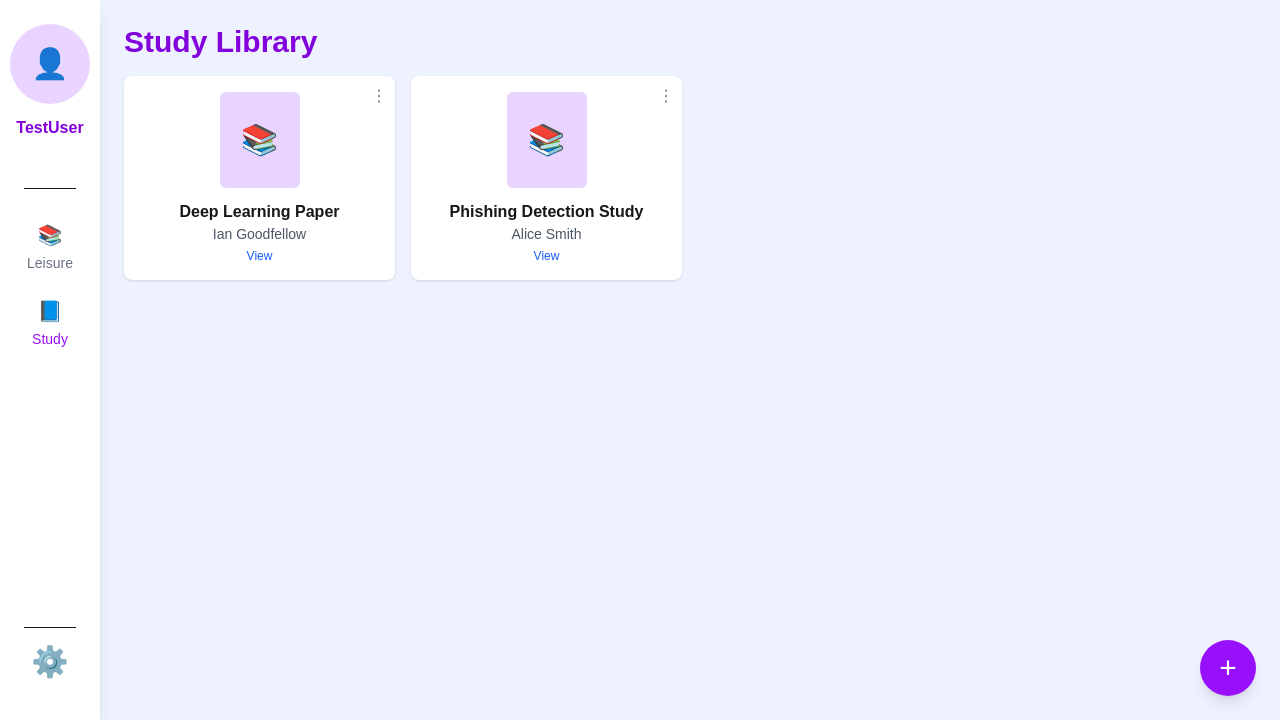
Repository: ramosfranz/bookie
Page: /dashboard
An editor plug-in stored every save of this project. The page is shown before and after the next save, followed by the edit.
The browser window is 1280 px wide. The pictures show the whole page.
The project was rebuilt for these pictures with package versions that can differ from the ones it lists, and the page was loaded fresh each time. The framework's server and built-in components were replaced by stand-ins that run in the browser. Also part of the build but not shown: next.config.ts.

Above is the page before, as saved 2025-11-17 00:48:48.

### src/app/layout.tsx
import type { Metadata } from "next";
import { Geist, Geist_Mono } from "next/font/google";
import "./globals.css";

const geistSans = Geist({
  variable: "--font-geist-sans",
  subsets: ["latin"],
});

const geistMono = Geist_Mono({
  variable: "--font-geist-mono",
  subsets: ["latin"],
});

export const metadata: Metadata = {
  title: "Bookie",
  description: "Generated by create next app",
};

export default function RootLayout({
  children,
}: Readonly<{
  children: React.ReactNode;
}>) {
  return (
    <html lang="en">
      <body
        className={`${geistSans.variable} ${geistMono.variable} antialiased`}
      >
        {children}
      </body>
    </html>
  );
}

### src/app/dashboard/page.tsx
// src/app/dashboard/page.tsx
"use client";

import { useState } from "react";

// Hardcoded dummy user
const dummyUser = {
  id: "00000000-0000-0000-0000-000000000001",
  email: "test@example.com",
  username: "TestUser",
  avatar_url: "",
  preferences: {},
};

// Dummy libraries
const initialResearchLibrary = [
  { id: "1", title: "Deep Learning Paper", authors: ["Ian Goodfellow"], url: "https://example.com/dl-paper.pdf" },
  { id: "2", title: "Phishing Detection Study", authors: ["Alice Smith"], url: "https://example.com/phishing-study.pdf" },
];

const initialLeisureLibrary = [
  { id: "1", title: "Harry Potter", authors: ["J.K. Rowling"], url: "https://example.com/harry-potter" },
  { id: "2", title: "The Hobbit", authors: ["J.R.R. Tolkien"], url: "https://example.com/the-hobbit" },
];

export default function Dashboard() {
  const user = dummyUser;
  const [activeTab, setActiveTab] = useState<"research" | "leisure">("research");
  const [researchLibrary, setResearchLibrary] = useState(initialResearchLibrary);
  const [leisureLibrary, setLeisureLibrary] = useState(initialLeisureLibrary);

  // Form state
  const [formTitle, setFormTitle] = useState("");
  const [formAuthors, setFormAuthors] = useState("");
  const [formUrl, setFormUrl] = useState("");
  const [editingId, setEditingId] = useState<string | null>(null);
  const [showModal, setShowModal] = useState(false);

  const currentLibrary = activeTab === "research" ? researchLibrary : leisureLibrary;
  const setCurrentLibrary =
    activeTab === "research" ? setResearchLibrary : setLeisureLibrary;

  // Add/Edit
  const handleSubmit = (e: React.FormEvent) => {
    e.preventDefault();
    if (!formTitle.trim()) return;

    const authorsArray = formAuthors.split(",").map((a) => a.trim());

    if (editingId) {
      // Edit
      setCurrentLibrary((prev) =>
        prev.map((item) =>
          item.id === editingId
            ? { ...item, title: formTitle, authors: authorsArray, url: formUrl }
            : item
        )
      );
    } else {
      // Add
      const newItem = {
        id: Math.random().toString(36).substr(2, 9),
        title: formTitle,
        authors: authorsArray,
        url: formUrl,
      };
      setCurrentLibrary((prev) => [...prev, newItem]);
    }

    setFormTitle("");
    setFormAuthors("");
    setFormUrl("");
    setEditingId(null);
    setShowModal(false);
  };

  // Delete
  const handleDelete = (id: string) => {
    setCurrentLibrary((prev) => prev.filter((item) => item.id !== id));
  };

  // Edit
  const handleEdit = (item: { id: string; title: string; authors: string[]; url: string }) => {
    setEditingId(item.id);
    setFormTitle(item.title);
    setFormAuthors(item.authors.join(", "));
    setFormUrl(item.url);
    setShowModal(true);
  };

  const [activeDropdown, setActiveDropdown] = useState<string | null>(null);
const [confirmDelete, setConfirmDelete] = useState<{ id: string; title: string } | null>(null);


  return (
  <div className="min-h-screen bg-indigo-50 flex">

    {/* LEFT SIDEBAR */}
    <aside className="w-[5%] min-w-[100px] bg-white shadow-lg p-6 flex flex-col items-center">

      {/* Profile Section */}
      <div className="mb-8 flex flex-col items-center">
        <div className="w-20 h-20 bg-purple-200 rounded-full flex items-center justify-center text-3xl">
          👤
        </div>
        <p className="mt-3 font-semibold text-purple-700">{user.username}</p>
      </div>

      {/* Section Separator */}
      <div className="w-full border-t my-4"></div>

      {/* Library Icons */}
      <nav className="flex flex-col items-center gap-6 mt-4">

        {/* Leisure */}
        <button
          onClick={() => setActiveTab("leisure")}
          className={`flex flex-col items-center text-xl ${
            activeTab === "leisure"
              ? "text-purple-600"
              : "text-gray-500 hover:text-gray-700"
          }`}
        >
          📚
          <span className="text-sm mt-1">Leisure</span>
        </button>

        {/* Research */}
        <button
          onClick={() => setActiveTab("research")}
          className={`flex flex-col items-center text-xl ${
            activeTab === "research"
              ? "text-purple-600"
              : "text-gray-500 hover:text-gray-700"
          }`}
        >
          📘
          <span className="text-sm mt-1">Study</span>
        </button>
      </nav>

      {/* Bottom Separator */}
      <div className="w-full border-t my-4 mt-auto"></div>

      {/* Settings */}
      <button className="text-gray-500 hover:text-gray-700 text-3xl mb-4">
        ⚙️
      </button>

    </aside>

    {/* MAIN CONTENT */}
    <main className="flex-1 p-6 relative">

      <h1 className="text-3xl font-bold text-purple-700 mb-4">
        {activeTab === "research" ? "Study Library" : "Leisure Library"}
      </h1>

      {/* Grid View */}
      <div className="grid grid-cols-2 sm:grid-cols-3 md:grid-cols-4 gap-4">
        {currentLibrary.map((item) => (
          <div
            key={item.id}
            className="relative p-4 bg-white rounded-lg shadow flex flex-col items-center hover:shadow-md transition"
          >
            {/* Top-right 3-dot menu */}
            <div className="absolute top-2 right-2">
              <div className="relative inline-block text-left">
                <button
                  className="text-gray-500 hover:text-gray-700"
                  onClick={() => setActiveDropdown(item.id)}
                >
                  ⋮
                </button>

                {activeDropdown === item.id && (
                  <div className="origin-top-right absolute right-0 mt-2 w-28 rounded-md shadow-lg bg-white ring-1 ring-black ring-opacity-5 z-50">
                    <div className="py-1">
                      <button
                        onClick={() => {
                          handleEdit(item);
                          setActiveDropdown(null);
                        }}
                        className="w-full text-left px-4 py-2 text-sm text-gray-700 hover:bg-gray-100"
                      >
                        Edit
                      </button>
                      <button
                        onClick={() => {
                          setConfirmDelete({ id: item.id, title: item.title });
                          setActiveDropdown(null);
                        }}
                        className="w-full text-left px-4 py-2 text-sm text-red-600 hover:bg-gray-100"
                      >
                        Delete
                      </button>
                    </div>
                  </div>
                )}
              </div>
            </div>

            {/* Book Icon */}
            {item.url ? (
              <a
                href={item.url}
                target="_blank"
                rel="noopener noreferrer"
                className="w-16 h-20 sm:w-20 sm:h-24 bg-purple-200 rounded-md mb-3 flex items-center justify-center text-3xl hover:bg-purple-300 transition"
              >
                📚
              </a>
            ) : (
              <div className="w-16 h-20 sm:w-20 sm:h-24 bg-purple-200 rounded-md mb-3 flex items-center justify-center text-3xl">
                📚
              </div>
            )}

            <strong className="text-center text-sm sm:text-base">{item.title}</strong>
            <p className="text-xs sm:text-sm text-gray-600 text-center">
              {item.authors.join(", ")}
            </p>

            {/* Optional View link */}
            {item.url && (
              <a
                href={item.url}
                target="_blank"
                rel="noopener noreferrer"
                className="text-blue-600 text-xs mt-1 hover:underline"
              >
                View
              </a>
            )}
          </div>
        ))}
      </div>

      {/* Floating + Button */}
      <button
        className="fixed bottom-6 right-6 w-14 h-14 bg-purple-600 text-white text-3xl rounded-full shadow-lg hover:bg-purple-700 transition flex items-center justify-center"
        onClick={() => setShowModal(true)}
      >
        +
      </button>

      {/* Modal */}
      {showModal && (
        <div className="fixed inset-0 bg-black/50 flex items-center justify-center z-50">
          <div className="bg-white rounded-lg p-6 w-full max-w-sm relative">
            <button
              className="absolute top-2 right-2 text-gray-500 hover:text-gray-700"
              onClick={() => setShowModal(false)}
            >
              ✕
            </button>
            <h2 className="text-xl font-bold mb-4">
              {editingId ? "Edit Entry" : "Add Entry"}
            </h2>
            <form onSubmit={handleSubmit} className="flex flex-col gap-3">
              <input
                type="text"
                placeholder="Title"
                value={formTitle}
                onChange={(e) => setFormTitle(e.target.value)}
                className="px-3 py-2 border rounded-lg"
                required
              />
              <input
                type="text"
                placeholder="Authors (comma separated)"
                value={formAuthors}
                onChange={(e) => setFormAuthors(e.target.value)}
                className="px-3 py-2 border rounded-lg"
              />
              <input
                type="url"
                placeholder="URL"
                value={formUrl}
                onChange={(e) => setFormUrl(e.target.value)}
                className="px-3 py-2 border rounded-lg"
              />
              <button
                type="submit"
                className="px-4 py-2 bg-purple-600 text-white rounded-lg hover:bg-purple-700 transition"
              >
                {editingId ? "Save" : "Add"}
              </button>
            </form>
          </div>
        </div>
      )}
    </main>
  </div>
  );
}

Loaded but not shown: src/app/globals.css (common file)

After the next save:
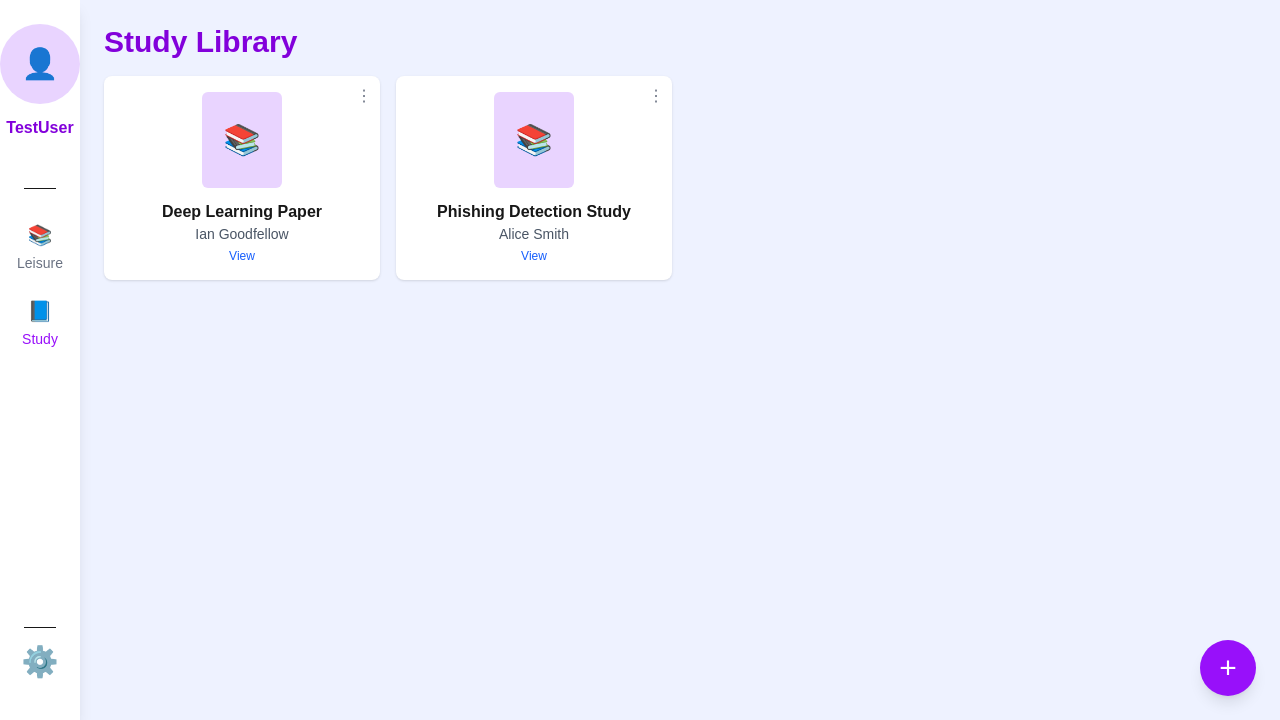
Saved 3 min 18 s later.
--- a/src/app/dashboard/page.tsx
+++ b/src/app/dashboard/page.tsx
@@ -96,7 +96,7 @@ const [confirmDelete, setConfirmDelete] = useState<{ id: string; title: string }
   <div className="min-h-screen bg-indigo-50 flex">
 
     {/* LEFT SIDEBAR */}
-    <aside className="w-[5%] min-w-[100px] bg-white shadow-lg p-6 flex flex-col items-center">
+    <aside className="w-[5%] min-w-[80px] bg-white shadow-lg p-6 flex flex-col items-center">
 
       {/* Profile Section */}
       <div className="mb-8 flex flex-col items-center">
